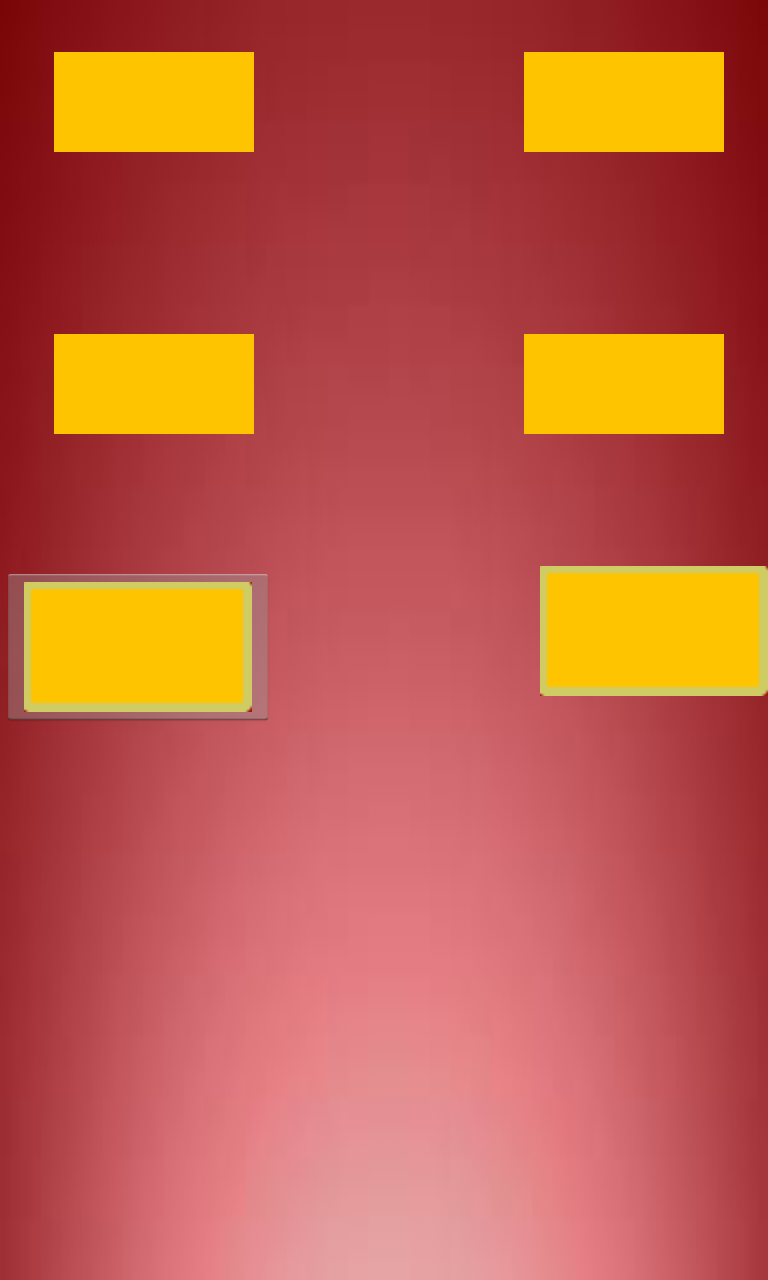
Repository: Ponokefalos/Order-Samos
Layout: Order@Samos/res/layout/activity_main_menu.xml
An editor plug-in stored every save of this project. The layout is shown before and after the next save, followed by the edit.
It is drawn on a 768 x 1280 px phone screen (xhdpi) without system bars, with theme AppTheme; the app's code is not run.

Above is the layout before, as saved 2014-01-26 18:06:29.

After the next save:
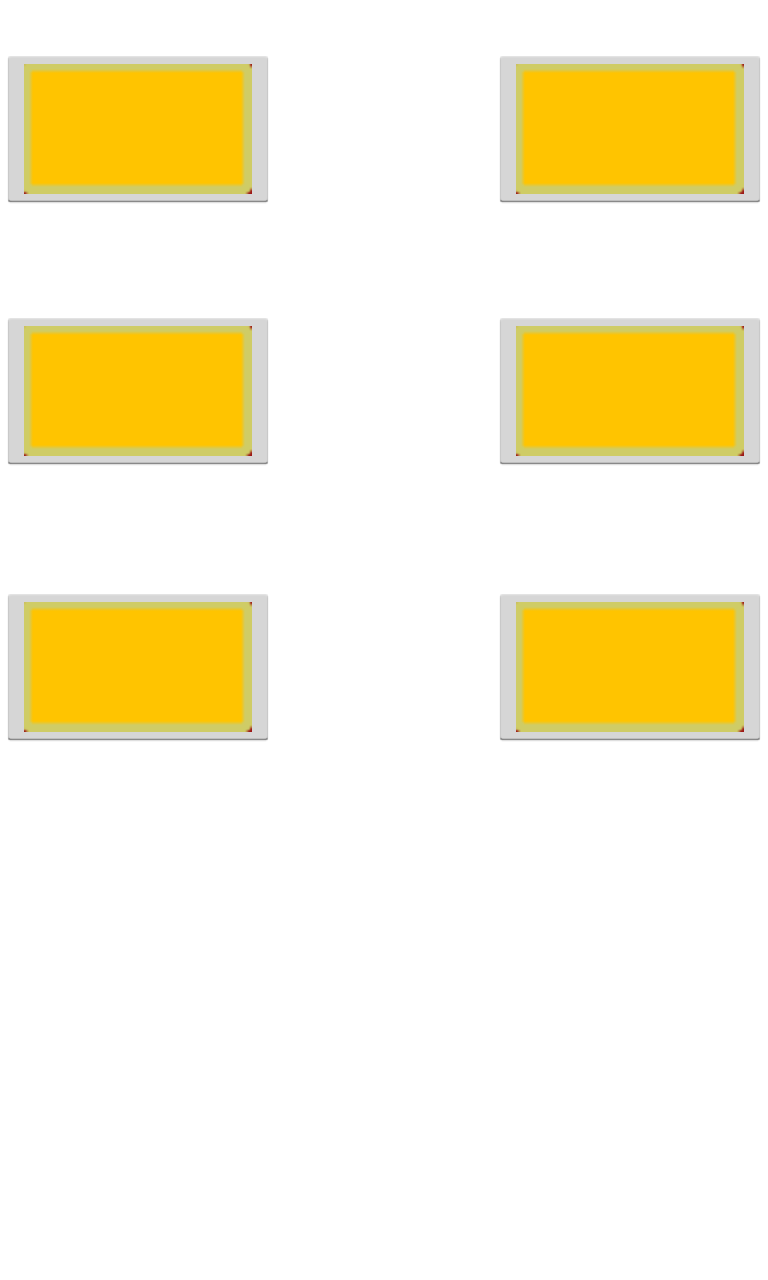
Saved 2 min 32 s later.
--- a/Order@Samos/res/layout/activity_main_menu.xml
+++ b/Order@Samos/res/layout/activity_main_menu.xml
@@ -2,7 +2,7 @@
 <RelativeLayout xmlns:android="http://schemas.android.com/apk/res/android"
     android:layout_width="match_parent"
     android:layout_height="match_parent"
-    android:background="@drawable/red" >
+    android:background="9c1616" >
 
     <ScrollView
         android:id="@+id/scrollView1"
@@ -19,38 +19,36 @@
             android:orientation="vertical" >
 
             <ImageButton
-                android:id="@+id/imageButton2"
-                android:layout_width="100dp"
-                android:layout_height="50dp"
-                android:layout_alignParentRight="true"
-                android:layout_alignTop="@+id/imageButton1"
-                android:layout_marginRight="22dp"
+                android:id="@+id/imageButton1"
+                android:layout_width="wrap_content"
+                android:layout_height="wrap_content"
+                android:layout_alignParentLeft="true"
+                android:layout_alignParentTop="true"
+                android:layout_marginTop="24dp"
                 android:src="@drawable/main" />
 
             <ImageButton
-                android:id="@+id/imageButton1"
-                android:layout_width="100dp"
-                android:layout_height="50dp"
-                android:layout_alignParentLeft="true"
-                android:layout_alignParentTop="true"
-                android:layout_marginLeft="27dp"
-                android:layout_marginTop="26dp"
+                android:id="@+id/imageButton2"
+                android:layout_width="wrap_content"
+                android:layout_height="wrap_content"
+                android:layout_alignParentRight="true"
+                android:layout_alignTop="@+id/imageButton1"
                 android:src="@drawable/main" />
 
             <ImageButton
                 android:id="@+id/imageButton3"
-                android:layout_width="100dp"
-                android:layout_height="50dp"
-                android:layout_alignLeft="@+id/imageButton1"
+                android:layout_width="wrap_content"
+                android:layout_height="wrap_content"
+                android:layout_alignParentLeft="true"
                 android:layout_below="@+id/imageButton1"
-                android:layout_marginTop="91dp"
+                android:layout_marginTop="50dp"
                 android:src="@drawable/main" />
 
             <ImageButton
                 android:id="@+id/imageButton4"
-                android:layout_width="100dp"
-                android:layout_height="50dp"
-                android:layout_alignLeft="@+id/imageButton2"
+                android:layout_width="wrap_content"
+                android:layout_height="wrap_content"
+                android:layout_alignParentRight="true"
                 android:layout_alignTop="@+id/imageButton3"
                 android:src="@drawable/main" />
 
@@ -60,12 +58,11 @@
                 android:layout_height="wrap_content"
                 android:layout_alignParentLeft="true"
                 android:layout_below="@+id/imageButton3"
-                android:layout_marginTop="66dp"
+                android:layout_marginTop="57dp"
                 android:src="@drawable/main" />
 
             <ImageButton
                 android:id="@+id/imageButton6"
-                android:background="@null"
                 android:layout_width="wrap_content"
                 android:layout_height="wrap_content"
                 android:layout_alignParentRight="true"
@@ -73,6 +70,7 @@
                 android:src="@drawable/main" />
 
         </RelativeLayout>
+
     </ScrollView>
 
 </RelativeLayout>
